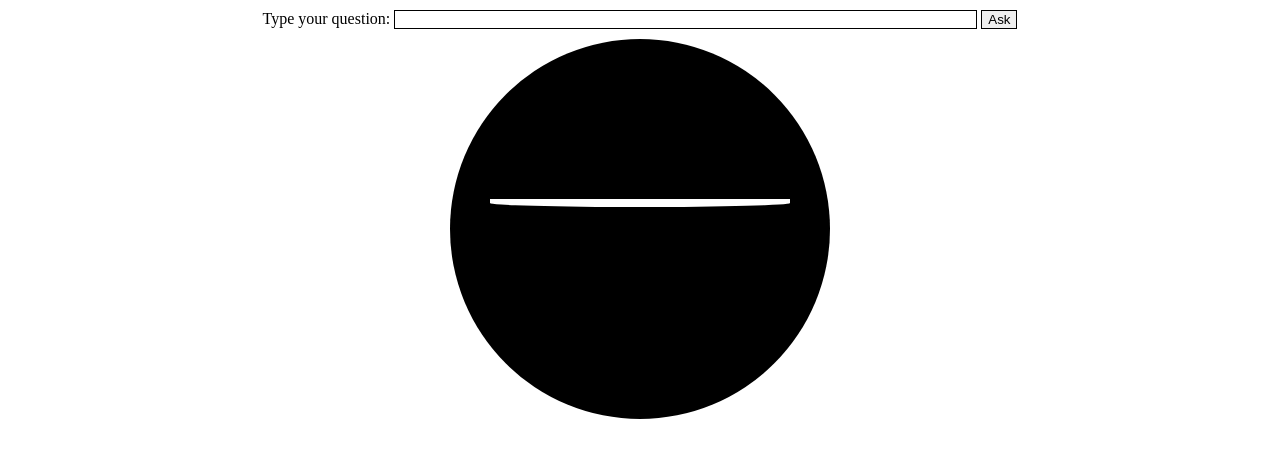
Repository: bradk647/bradk647.github.io
Page: bunny/magic8ball.html
The author's editor kept a record of every edit. The page is drawn from the files as they stood at one moment, then again after the next edit.
The browser window is 1280 px wide. The pictures show the whole page.
Some web libraries are served in a nearby version.

Above is the page before.

After the next edit:
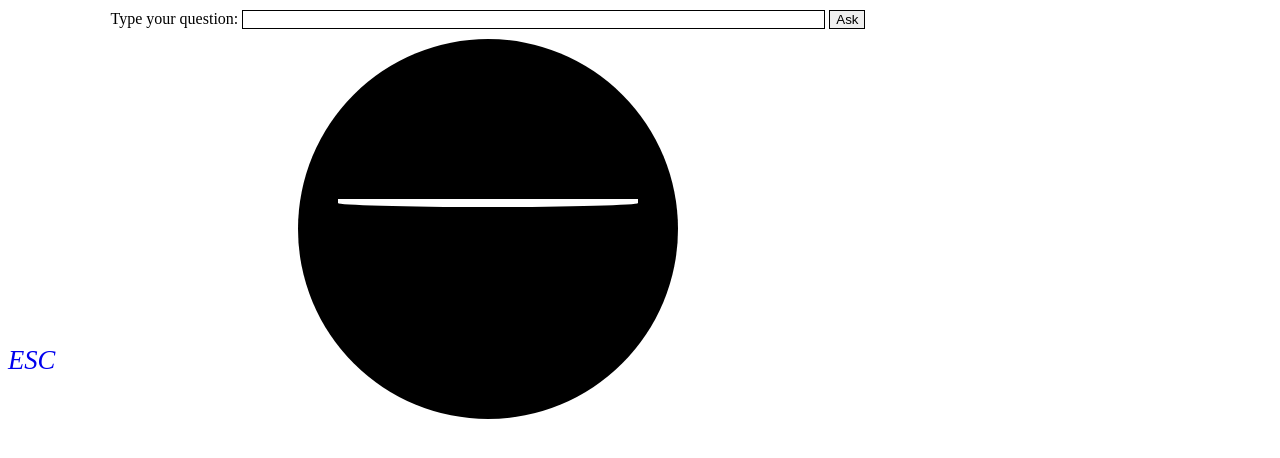
The edit:
--- a/bunny/magic8ball.html
+++ b/bunny/magic8ball.html
@@ -6,6 +6,19 @@
 </head>
 
 <body>
+
+    <div class="wrapper">
+    <div class="circlewrap">
+        <div class="maincircle"><a href="bunny/index2.html" class="circle"></a></div>
+    </div>
+
+
+    <div class="leftwrapper">
+        <div class="esc">
+            <a href="../indexbunny.html">ESC</a> <br />
+       </div>
+    </div>
+
     <div id="my_wrapper">
         <form id="magic-eight-ball" method="post">
         Type your question: <input type="text" name="question" id="question" size="70" />
